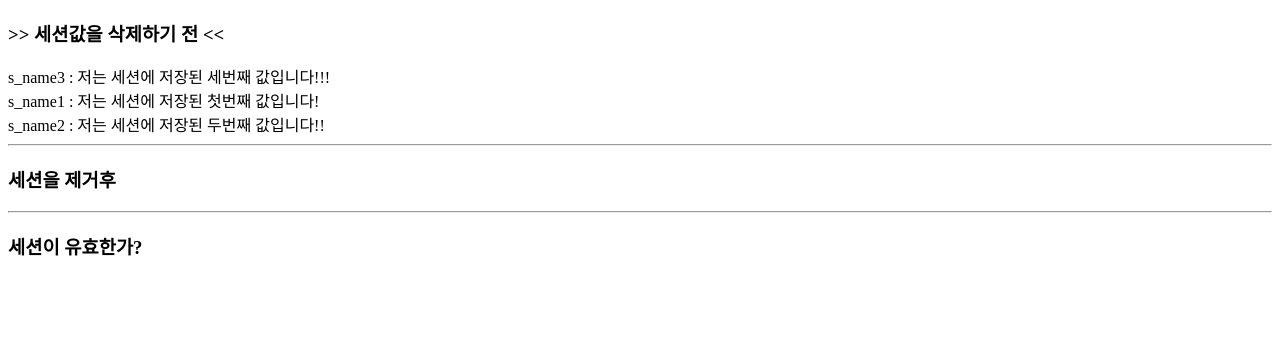
Repository: itrecipe/Web_ez
Page: http://localhost/jspCh05/09_invalidate.jsp
The author's editor kept a copy of each file at every save. The page is drawn from the files as they stood at one save, then again after a run of saves.
The browser window is 1280 px wide. The pictures show the whole page.
The page is served by Tomcat 9.

Above is the page before, as saved 2023-03-31 04:10:03.

### jspCh05/src/main/webapp/09_invalidate.jsp
<%@page import="java.util.Enumeration"%>
<%@ page language="java" contentType="text/html; charset=UTF-8"
    pageEncoding="UTF-8"%>
<!DOCTYPE html>
<html>
<head>
<meta charset="UTF-8">
<title>invalidate</title>
</head>
<body>

<%
	session.setAttribute("s_name1", "저는 세션에 저장된 첫번째 값입니다!");
	session.setAttribute("s_name2", "저는 세션에 저장된 두번째 값입니다!!");
	session.setAttribute("s_name3", "저는 세션에 저장된 세번째 값입니다!!!");
	out.print(" <h3> >> 세션값을 삭제하기 전 << </h3>");
	Enumeration<String> names;
	names = session.getAttributeNames();
	while(names.hasMoreElements()){
		String name = names.nextElement().toString();
		String value = session.getAttribute(name).toString();
		out.println(name + " : " + value + "<br>");
	}

	session.invalidate(); //세션 완전 제거

	out.println("<hr/><h3>세션을 제거후</h3>");
	out.println("<hr/><h3>세션이 유효한가?</h3>");

	if(request.isRequestedSessionIdValid() == true) {
		out.println("세션이 유효하다.<hr/>");
	}
	else {

	}
%>
</body>
</html>

After the next 2 saves:
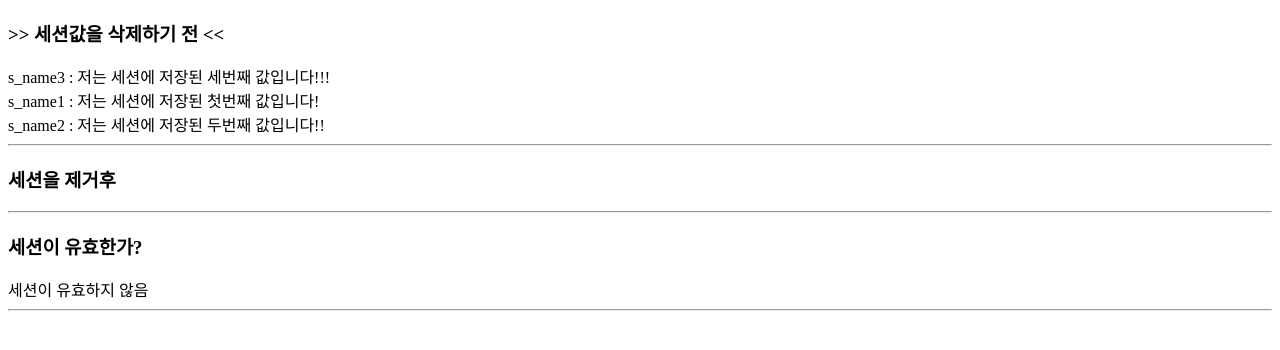
The 2 saves are shown as one change because they came seconds apart.
The last was saved 85 s later.
--- a/jspCh05/src/main/webapp/09_invalidate.jsp
+++ b/jspCh05/src/main/webapp/09_invalidate.jsp
@@ -31,7 +31,7 @@
 		out.println("세션이 유효하다.<hr/>");
 	}
 	else {
-
+		out.println("세션이 유효하지 않음<hr/>");
 	}
 %>
 </body>
